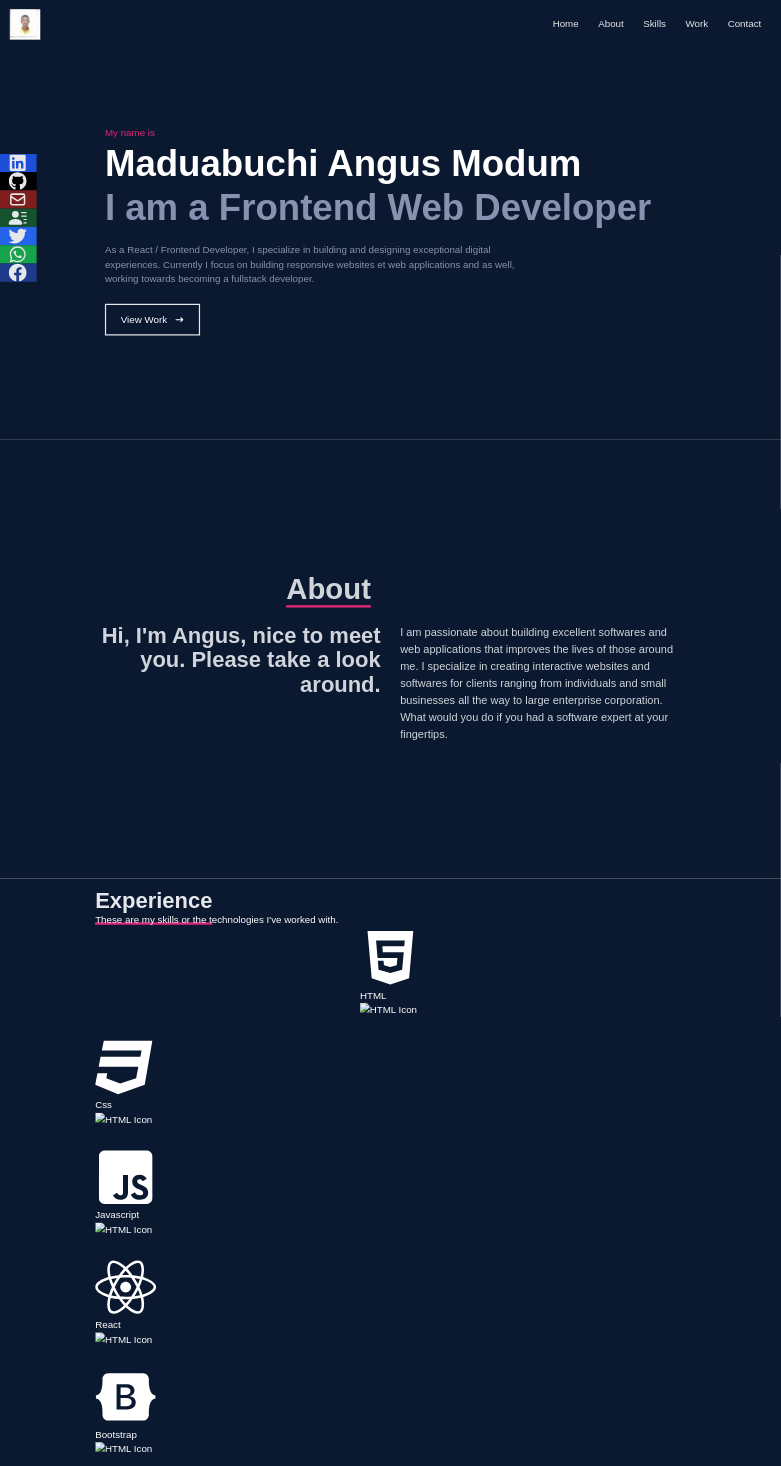
Repository: AngusOnyebuchi/Dashboard
Page: /
These files come from the project's save history. The page is drawn as it stood at one moment and after the next save; the edit follows.
The browser window is 1280 px wide. The pictures show the whole page, at 61% of full size.
The project was rebuilt for these pictures with package versions that can differ from the ones it lists, and the page was loaded fresh each time.

Above is the page before, as saved 2022-04-14 12:39:32.

### public/index.html
<!DOCTYPE html>
<html lang="en">
  <head>
    <meta charset="utf-8" />
    <link rel="icon" href="%PUBLIC_URL%/favicon.ico" />
    <meta name="viewport" content="width=device-width, initial-scale=1" />
    <meta name="theme-color" content="#000000" />
    <meta
      name="description"
      content="Web site created using create-react-app"
    />
    <link rel="apple-touch-icon" href="%PUBLIC_URL%/logo192.png" />
    <!--
      manifest.json provides metadata used when your web app is installed on a
      user's mobile device or desktop. See https://developers.google.com/web/fundamentals/web-app-manifest/
    -->
    <link rel="manifest" href="%PUBLIC_URL%/manifest.json" />
    <!--
      Notice the use of %PUBLIC_URL% in the tags above.
      It will be replaced with the URL of the `public` folder during the build.
      Only files inside the `public` folder can be referenced from the HTML.

      Unlike "/favicon.ico" or "favicon.ico", "%PUBLIC_URL%/favicon.ico" will
      work correctly both with client-side routing and a non-root public URL.
      Learn how to configure a non-root public URL by running `npm run build`.
    -->
    <title>Angus Portfolio</title>
  </head>
  <body>
    <noscript>You need to enable JavaScript to run this app.</noscript>
    <div id="root"></div>
    <!--
      This HTML file is a template.
      If you open it directly in the browser, you will see an empty page.

      You can add webfonts, meta tags, or analytics to this file.
      The build step will place the bundled scripts into the <body> tag.

      To begin the development, run `npm start` or `yarn start`.
      To create a production bundle, use `npm run build` or `yarn build`.
    -->
  </body>
</html>

### src/index.js
import React from "react";
import ReactDOM from "react-dom";
import "./style.css"
import App from "./App";

ReactDOM.render(<App/>, document.getElementById("root"))

### src/style.css
@tailwind base;
@tailwind components;
@tailwind utilities;

@layer base {
    body{
        @apply font-[Sans-serif];
    }
    li {
        @apply px-4;
        @apply cursor-pointer;
    }
}

### src/App.js
import React from "react";
import NavBar from "./components/NavBar"
import Home from "./components/Home"
import About from "./components/About"
import Skills from "./components/Skills";

export default function App() {
    return (
        <div>
          <NavBar/>
          <Home/>
          <About/>
          <Skills/>
        </div>
    )
}

### src/components/NavBar.js
import React, {useState} from "react";
import {FaBars, FaTimes, FaGithub, FaFacebook, FaTwitter, FaWhatsapp, FaLinkedin} from "react-icons/fa"
import {HiOutlineMail} from "react-icons/hi"
import {BsFillPersonLinesFill} from "react-icons/bs"
import Logo from "../images/passport.jpg"

export default function NavBar() {

  const [nav, setNav] = useState(true)
  const handleClick = () => setNav(!nav)
  return(
    <div className="fixed w-full h-[80px] flex justify-between items-center px-4 bg-[#0a192f] text-gray-200 ">

       <div>
          <img src={Logo} alt="Logo Image" style={{width: "50px"}}/>
       </div>

         {/* Menu */}
         <ul className="hidden md:flex">
            <li className="hover:border-b-2 border-pink-600">Home</li>
            <li className="hover:border-b-2 border-pink-600">About</li>
            <li className="hover:border-b-2 border-pink-600">Skills</li>
            <li className="hover:border-b-2 border-pink-600">Work</li>
            <li className="hover:border-b-2 border-pink-600">Contact</li>
         </ul>

       {/* Hamburger */}
       <div onClick={handleClick} className="md:hidden z-10">
          {nav ? <FaBars/> : <FaTimes/>}
       </div>

       {/* Mobile menu*/}
       <ul className={nav ? "hidden" : "absolute top-0 left-0 w-full h-screen bg-inherit flex flex-col justify-center items-center md:hidden"}>
            <li className="py-6 text-4xl">Home</li>
            <li className="py-6 text-4xl">About</li>
            <li className="py-6 text-4xl">Skills</li>
            <li className="py-6 text-4xl">Work</li>
            <li className="py-6 text-4xl">Contact</li>
       </ul>

       {/**Social Icons */}
       <div className="hidden lg:flex fixed flex-col top-[35%] left-0">
         <ul>

           <li className="w-[160px] h-60px flex justify-between items-center ml-[-100px] hover:ml-[-10px] duration-300 bg-blue-700">
             <a className="flex justify-between items-center w-full text-gray-200 "
                href="/">
               LinkedIn <FaLinkedin size={30}/>
             </a>
           </li>

           <li className="w-[160px] h-60px flex justify-between items-center ml-[-100px] hover:ml-[-10px] duration-300 bg-black">
             <a className="flex justify-between items-center w-full text-gray-200 "
                href="/">
               Github <FaGithub size={30}/>
             </a>
           </li>

           <li className="w-[160px] h-60px flex justify-between items-center ml-[-100px] hover:ml-[-10px] duration-300 bg-red-900">
             <a className="flex justify-between items-center w-full text-gray-200 "
                href="/">
               Email <HiOutlineMail size={30}/>
             </a>
           </li>

           <li className="w-[160px] h-60px flex justify-between items-center ml-[-100px] hover:ml-[-10px] duration-300 bg-green-900">
             <a className="flex justify-between items-center w-full text-gray-200 "
                href="/">
               Resume <BsFillPersonLinesFill size={30}/>
             </a>
           </li>

           <li className="w-[160px] h-60px flex justify-between items-center ml-[-100px] hover:ml-[-10px] duration-300 bg-blue-600">
             <a className="flex justify-between items-center w-full text-gray-200 "
                href="/">
               Twitter <FaTwitter size={30}/>
             </a>
           </li>

           <li className="w-[160px] h-60px flex justify-between items-center ml-[-100px] hover:ml-[-10px] duration-300 bg-green-600">
             <a className="flex justify-between items-center w-full text-gray-200 "
                href="/">
               Whatsapp <FaWhatsapp size={30}/>
             </a>
           </li>

           <li className="w-[160px] h-60px flex justify-between items-center ml-[-100px] hover:ml-[-10px] duration-300 bg-blue-900">
             <a className="flex justify-between items-center w-full text-gray-200 "
                href="/">
               Facebook <FaFacebook size={30}/>
             </a>
           </li>

         </ul>
       </div>

    </div>
  )
}

### src/components/Home.js
import React from "react";
import { HiArrowNarrowRight} from "react-icons/hi"

export default function Home() {
    return (
        <div name="home" className="w-full h-screen bg-[#0a192f] ">

            {/** Container */}
            <div className="max-w-[1000px] mx-auto px-8 flex flex-col justify-center h-full">
               <p className="text-pink-600 mt-12 mb-2">My name is</p>
               <h1 className="text-3xl sm:text-6xl font-bold text-white">Maduabuchi Angus Modum</h1>
               <h2 className="text-4xl sm:text-6xl font-bold text-[#8892b0] py-3">I am a Frontend Web Developer </h2>
               <p className="text-[#8892b0] py-4 max-w-[700px]">As a React / Frontend Developer, I specialize in building and designing exceptional digital experiences. Currently I focus on building responsive websites et web applications and as well, working towards becoming a fullstack developer.</p>
               <div>
                   <button className="group text-white border-2 px-6 py-3 my-3 flex items-center hover:bg-pink-600 hover:border-pink-600">View Work
                   <span className="group-hover:rotate-90 duration-300"><HiArrowNarrowRight className="ml-3 "/></span> </button>
               </div>
            </div>
        </div>
    )
}

### src/components/About.js
import React from "react";
import {HiArrowNarrowRight} from "react-icons/hi"

export default function About() {
    return(
        <div name="about" className="w-full h-screen bg-[#0a192f] text-gray-300">
            <div className="flex flex-col justify-center items-center w-full h-full">
                <div className="max-w-[1000px] w-full px-4 grid grid-cols-2 gap-8">
                    <div className="sm:text-right pb-8 pr-4">
                        <p className="text-4xl sm:text-5xl font-bold inline border-b-4 border-pink-600">About</p>
                    </div>
                    <div></div>
                </div>
                <div className="max-w-[1000px] w-full grid sm:grid-cols-2 gap-8 px-4">
                    <div className="sm:text-right text-4xl font-bold">
                        <p>Hi, I'm Angus, nice to meet you. Please take a look around.</p>
                    </div>
                    <div>
                        <p className="text-md sm:text-lg">I am passionate about building excellent softwares and web applications that improves the lives of those around me.
                            I specialize in creating interactive websites and softwares for clients ranging from individuals and small businesses
                            all the way to large enterprise corporation. What would you do if you had a software expert at your fingertips.
                        </p>
                    </div>
                </div>
            </div>
        </div>
    )
}

### src/components/Skills.js
import React from "react";
import {FaHtml5, FaCss3, FaJsSquare, FaBootstrap, FaReact, FaNodeJs, FaGit, FaGithub} from "react-icons/fa"

export default function Skills() {
    return(
        <div name="skills" className="bg-[#0a192f] text-white">

            {/** Container */}
            <div className="max-w-[1000px] mx-auto p-4 flex flex-col justify-center w-full h-full">
                <div>
                    <p className="text-4xl font-bold inline border-b-4 border-pink-600 text-gray-200 py-4">Experience</p>
                    <p>These are my skills or the technologies I've worked with.</p>
                </div>
                <div className="grid grid-col-4 gap-8">
                    <div className="mx-auto">
                        <FaHtml5 size={100}/> <p>HTML</p>
                        <img src={FaHtml5} alt="HTML Icon"/>
                    </div>
                    <div>
                        <FaCss3 size={100}/> <p>Css</p>
                        <img src={FaHtml5} alt="HTML Icon"/>
                    </div>
                    <div>
                        <FaJsSquare size={100}/> <p>Javascript</p>
                        <img src={FaHtml5} alt="HTML Icon"/>
                    </div>
                    <div>
                        <FaReact size={100}/> <p>React</p>
                        <img src={FaHtml5} alt="HTML Icon"/>
                    </div>
                    <div>
                        <FaBootstrap size={100}/> <p>Bootstrap</p>
                        <img src={FaHtml5} alt="HTML Icon"/>
                    </div>
                </div>
            </div>
        </div>
    )
}

Loaded but not shown: tailwind.config.js (common file)

After the next save:
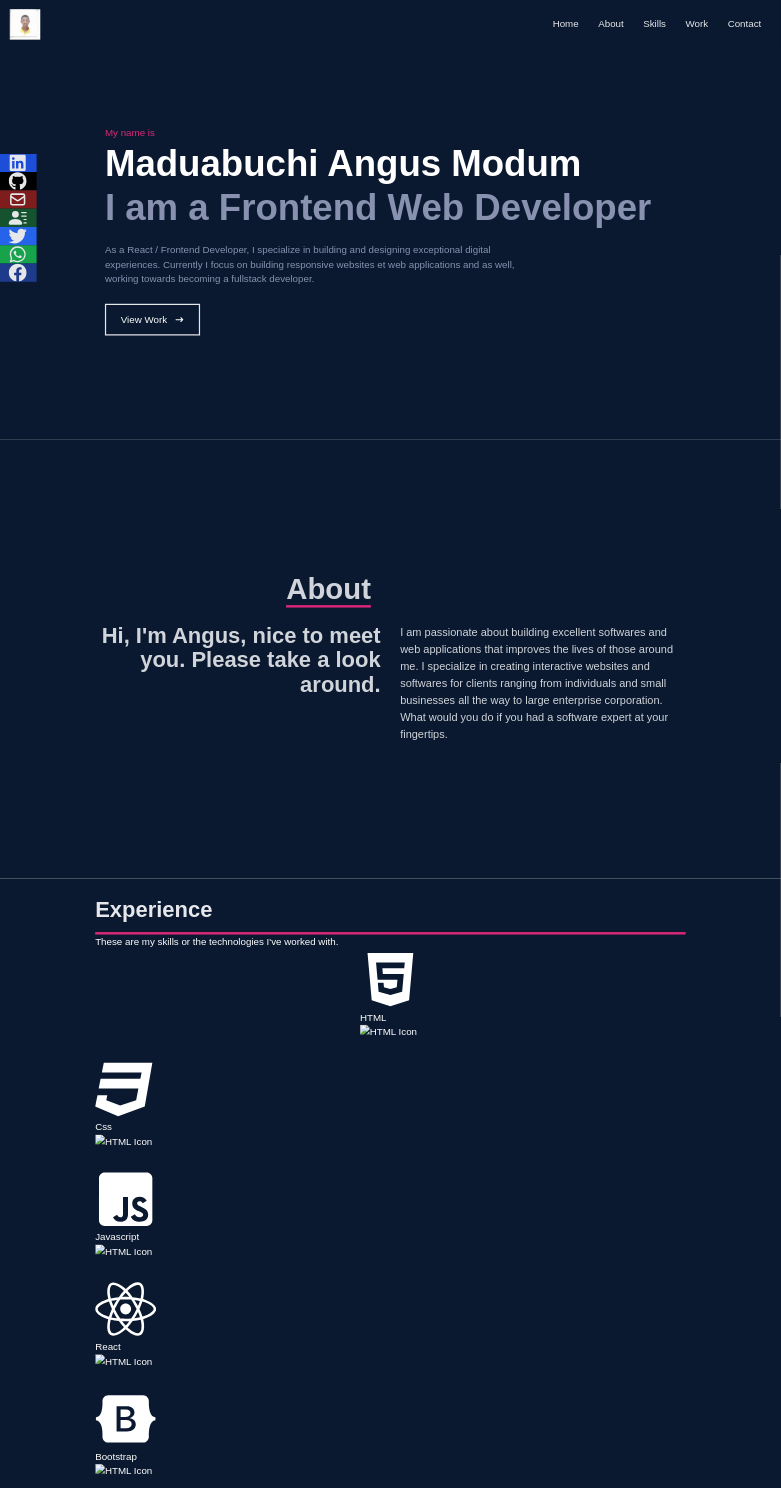
Saved 12 s later.
--- a/src/components/Skills.js
+++ b/src/components/Skills.js
@@ -8,7 +8,7 @@
             {/** Container */}
             <div className="max-w-[1000px] mx-auto p-4 flex flex-col justify-center w-full h-full">
                 <div>
-                    <p className="text-4xl font-bold inline border-b-4 border-pink-600 text-gray-200 py-4">Experience</p>
+                    <p className="text-4xl font-bold border-b-4 border-pink-600 text-gray-200 py-4">Experience</p>
                     <p>These are my skills or the technologies I've worked with.</p>
                 </div>
                 <div className="grid grid-col-4 gap-8">

After the save that followed:
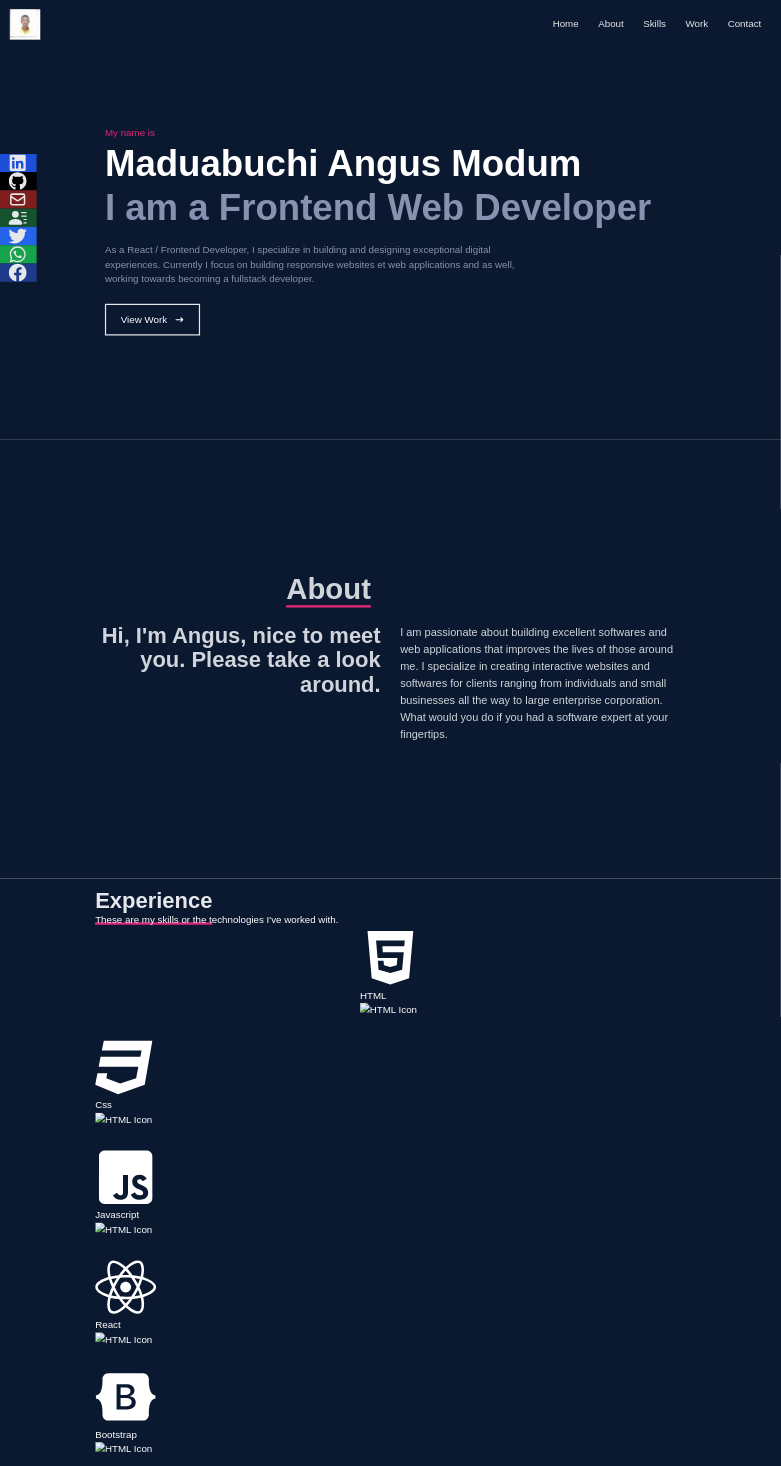
Saved 41 s later.
--- a/src/components/Skills.js
+++ b/src/components/Skills.js
@@ -8,7 +8,7 @@
             {/** Container */}
             <div className="max-w-[1000px] mx-auto p-4 flex flex-col justify-center w-full h-full">
                 <div>
-                    <p className="text-4xl font-bold border-b-4 border-pink-600 text-gray-200 py-4">Experience</p>
+                    <p className="text-4xl font-bold inline border-b-4 border-pink-600 text-gray-200 py-4">Experience</p>
                     <p>These are my skills or the technologies I've worked with.</p>
                 </div>
                 <div className="grid grid-col-4 gap-8">
